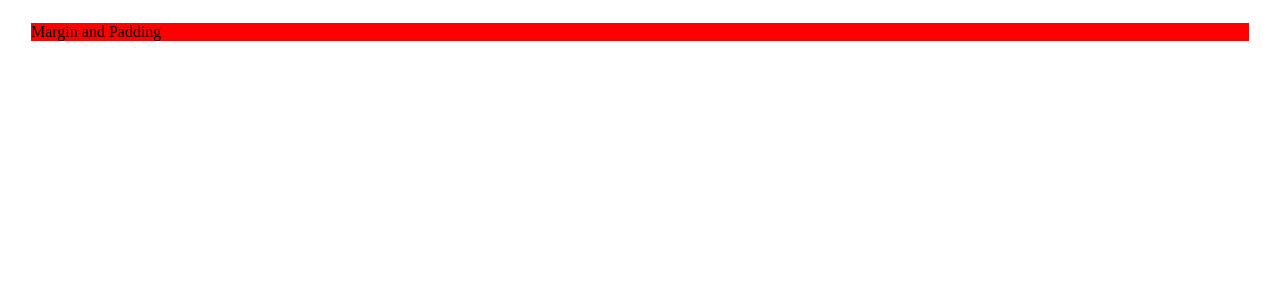
Repository: ntu34543/cut-landing-page-Figma
Page: home.html
These files come from the project's save history. The page is drawn as it stood at one moment and after a run of saves; the edit follows.
The browser window is 1280 px wide. The pictures show the whole page.

Above is the page before, as saved 2022-09-12 22:32:05.

### home.html
<!DOCTYPE html>
<html lang="en">

<head>
    <meta charset="UTF-8">
    <meta http-equiv="X-UA-Compatible" content="IE=edge">
    <meta name="viewport" content="width=device-width, initial-scale=1.0">
    <title>Document</title>
    <script type="module"
        src="https://unpkg.com/ionicons@5.5.2/dist/ionicons/ionicons.esm.js"></script>
    <script nomodule src="https://unpkg.com/ionicons@5.5.2/dist/ionicons/ionicons.js"></script>
    <style>
        .div1 {
            background-color: red;
            width: 200px;
            height: 200px;
            /* display: flex;
            align-items: center; */
        }

        .div2 {
            background-color: yellow;
            width: 100px;
            height: 100px;
            /* display: flex;
            align-items: center; */
        }

        .div3 {
            background-color: blue;
            width: 100px;
            height: 100px;
        }

        .div4 {
            background-color: pink;
            width: 50px;
            height: 50px;
            display: flex;
            align-items: center;
        }

        .div5 {
            background-color: black;
            width: 50px;
            height: 50px;
        }

        .div6 {
            background-color: red;
            width: 30px;
            height: 30px;
            display: flex;
            justify-content: center;
            align-items: center;
        }

        .div7 {
            background-color: black;
            width: 30px;
            height: 30px;
        }

        .div8 {
            background-color: white;
            width: 10px;
            height: 10px;
        }

        .div9 {
            background-color: purple;
            width: 10px;
            height: 10px;
        }

        .p {
            /* margin: 113px; */
            box-sizing: border-box;
            padding: 53px;
            background-color: red;
            width: 150px;
            height: 150px;
            border: 5px solid black;
        }

        /* Form focus */
        .form-input {
            padding: 0 20px;
            border: 1px solid #eee;
            border-radius: 4px;
            width: 100%;
            height: 50px;
            transition: 0.25s ease;
        }

        .form-input:focus {
            border-color: #6a5af9;
        }

        .form-field {
            top: 50px;
            position: relative;
        }

        .form-label {
            position: absolute;
            top: 50%;
            transform: translateY(-50%);
            left: 21px;
            user-select: none;
            color: #999;
            pointer-events: none;
            transition: 0.25s ease;
        }

        .form-input:not(:placeholder-shown)+.form-label,
        .form-input:focus+.form-label {
            top: 0;
            pad: 0 10px;
            display: inline-block;
            background-color: white;
            color: #6a5af9;
        }

        /* menu */
        .menu {
            margin-top: 80px;
            background-color: #18273b;
            padding: 50px 0 50px 15px;
            border-radius: 16px;
            width: 200px;
        }

        .menu-item {
            padding: 15px;
            border-radius: 12px 0 0 12px;
            display: block;
            color: white;
            font-size: 16px;
            cursor: pointer;
            position: relative;
            margin-bottom: 10px;
        }

        .menu-item.active::before {
            content: "";
            width: 20px;
            height: 20px;
            background-color: #18273b;
            position: absolute;
            top: 0;
            right: 0;
            border-radius: 50%;
            transform: translateY(-100%);
            box-shadow: 10px 10px 0 0 white;
        }

        .menu-item.active::after {
            content: "";
            width: 20px;
            height: 20px;
            background-color: #18273b;
            position: absolute;
            bottom: 0;
            right: 0;
            border-radius: 50%;
            transform: translateY(100%);
            box-shadow: 10px -10px 0 0 white;
        }

        .menu-item.active {
            background-color: #fff;
            color: #624FFC;
        }

        .menu-item span {
            display: inline-block;
            margin-left: 10px;
        }

        .dessss{
            /* padding: 23px; */
            margin: 23px;
            background-color: red;
        }
    </style>
</head>

<body>
    <p class="dessss">Margin and Padding</p>
    <!-- <h1 class="des">Margin and Padding</h1>
    <button>dfafsfds</button> -->
    <!-- <div class="form-field">
        <input type="text" class="form-input" placeholder=" ">
        <label for="name" class="form-label">Name</label>
    </div> -->
    <!-- <ul class="menu">
        <li class="menu-item active">
            <ion-icon name="home-outline"></ion-icon>
            <span class="menu-text">Dashboard</span>
        </li>
        <li class="menu-item">
            <ion-icon name="bar-chart-outline"></ion-icon>
            <span class="menu-text">Report</span>
        </li>
        <li class="menu-item">
            <ion-icon name="people-outline"></ion-icon>
            <span class="menu-text">User</span>
        </li>
    </ul> -->
    <!-- <p class="p"></p> -->
    <!-- <div class="div1">
        <div class="div2">
            <div class="div4">
            </div>
            <div class="div5"></div>
        </div>
        <div class="div3"></div>
    </div> -->
    <!-- <div class="header-container">
        <img srcset="./images/logo.png 2x" alt="">
        <ul class="menu">
            <li class="menu-item">
                <a href="#" class="menu-link">About</a>
            </li>
            <li class="menu-item">
                <a href="#" class="menu-link">Features</a>
            </li>
            <li class="menu-item">
                <a href="#" class="menu-link">Pricing</a>
            </li>
            <li class="menu-item">
                <a href="#" class="menu-link">Testimonials</a>
            </li>
            <li class="menu-item">
                <a href="#" class="menu-link">Help</a>
            </li>
        </ul>
        <div class="header-auth">
            <a href="#" class="header-signin">Sign In</a>
            <a href="#" class="button button--outline" style="padding: 13px 44px;">Sign Up</a>
        </div>
    </div> -->
    <script>
        const menuItems = document.querySelectorAll(".menu-item");
        menuItems.forEach(item => item.addEventListener("click", function (event) {
            menuItems.forEach(el => el.classList.remove("active"));
            event.target.classList.add("active");
        }));
    </script>
</body>

</html>

After the next 2 saves:
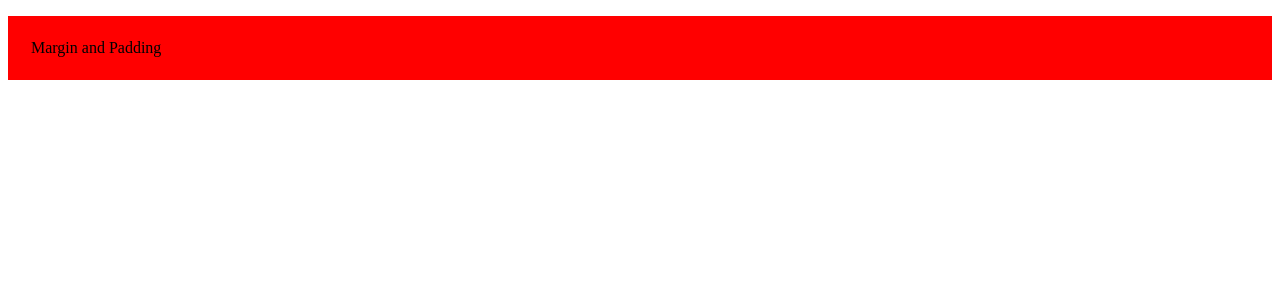
The 2 saves are shown as one change because they came seconds apart.
The last was saved 64 s later.
--- a/home.html
+++ b/home.html
@@ -179,8 +179,8 @@
         }
 
         .dessss{
-            /* padding: 23px; */
-            margin: 23px;
+            padding: 23px;
+            /* margin: 23px; */
             background-color: red;
         }
     </style>
